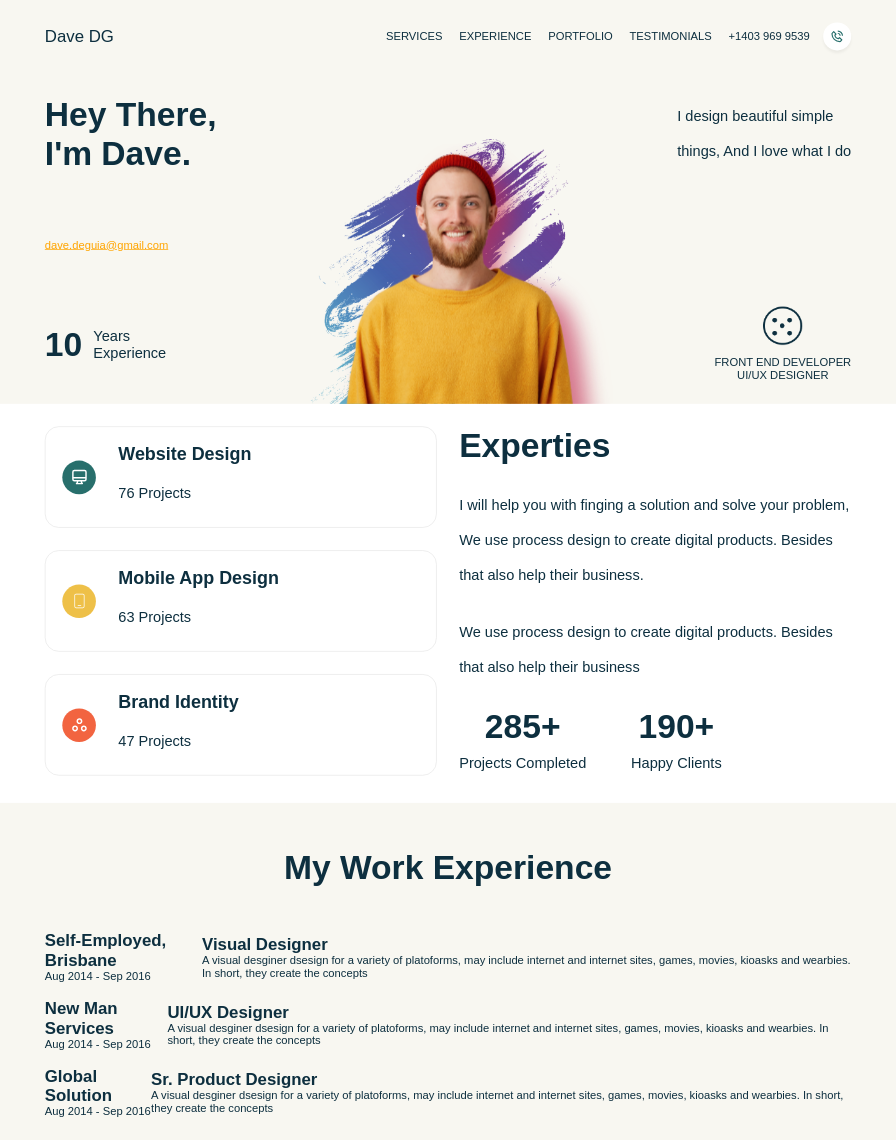
Repository: davedeguia/framer-motion-portfolio
Page: /
These files come from the project's save history. The page is drawn as it stood at one moment and after the next save; the edit follows.
The browser window is 1280 px wide. The pictures show the whole page, at 70% of full size.
Some web fonts or font styles are not loaded; a fallback is used. The project was rebuilt for these pictures with package versions that can differ from the ones it lists, and the page was loaded fresh each time. Also part of the build but not shown: vite.config.js.

Above is the page before, as saved 2023-02-10 17:29:21.

After the next save:
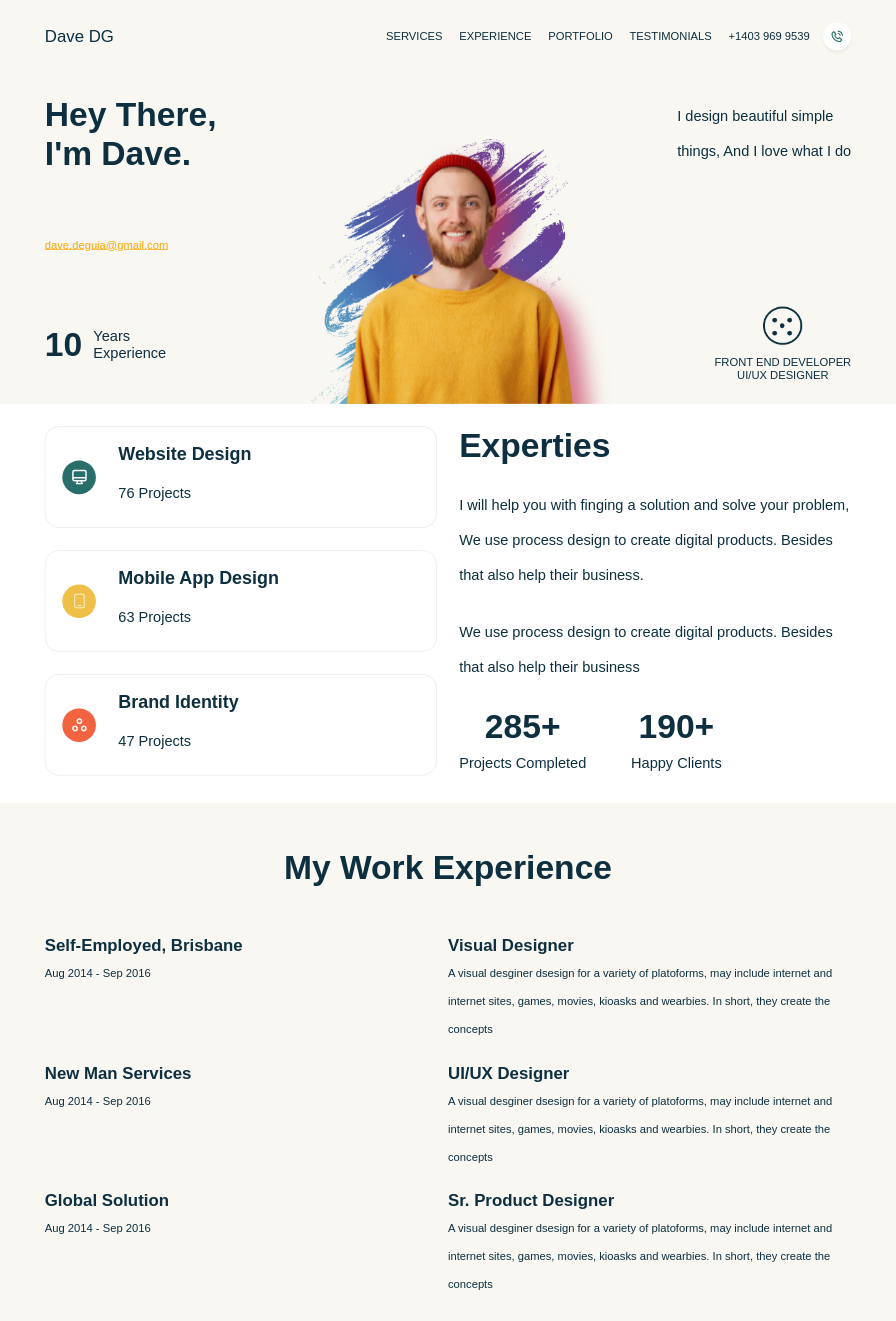
Saved 50 s later.
--- a/src/components/Works/Works.module.scss
+++ b/src/components/Works/Works.module.scss
@@ -12,7 +12,14 @@
             position: relative;
 
             .exp {
+                width: 100%;
+                justify-content: space-between;
+                line-height: 40px;
+                align-items: flex-start;
 
+                >div {
+                    flex: 1;
+                }
             }
         }
     }
